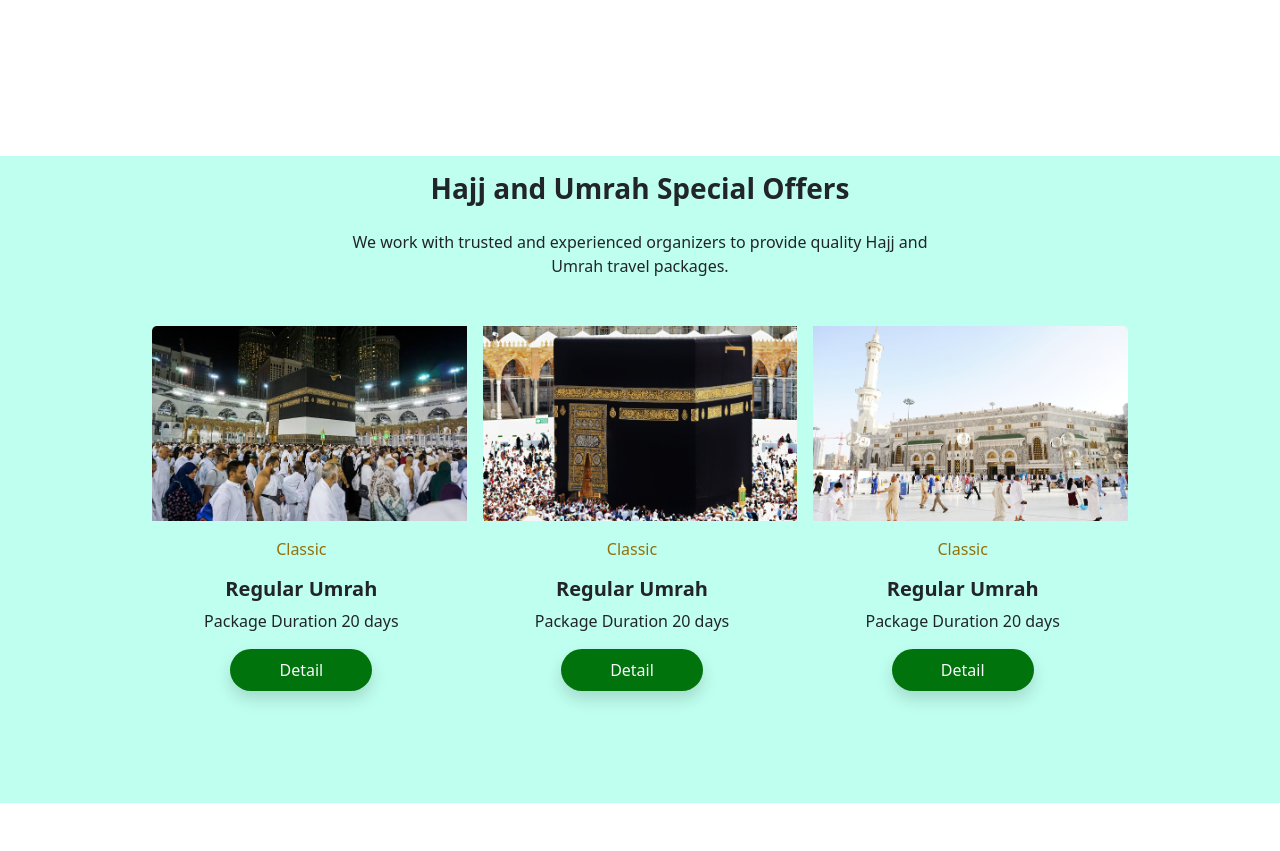
Repository: Putrabobi/Task7
Page: index.html
These files come from the project's save history. The page is drawn as it stood at one moment and after the next save; the edit follows.
The browser window is 1280 px wide. The pictures show the part of the page from y = 2053 to 2968 px (the page is 2904 px tall before and 2968 px after).
A picture or video elsewhere on the page could not be fetched, so the positions and the page height are approximate.

Above is the page before, as saved 2024-03-25 14:30:46.

After the next save:
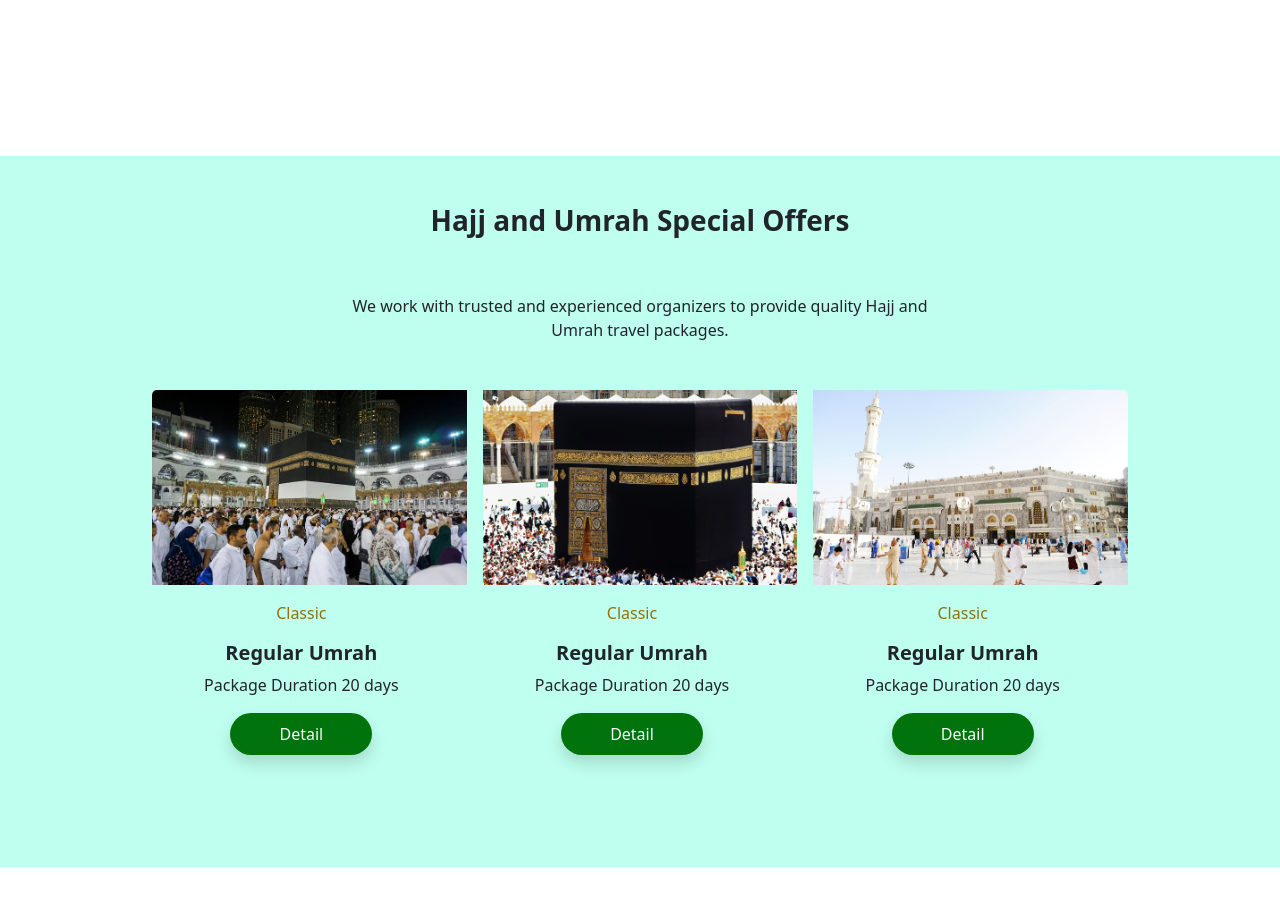
Saved 8 s later.
--- a/index.html
+++ b/index.html
@@ -115,7 +115,7 @@
 
     <div class="my-10" style="background-color: rgb(191, 255, 239); text-align: center;">
         <div style="margin: 20px auto 0; max-width: 600px;">
-            <h3 class="fw-bolder py-3">Hajj and Umrah Special Offers</h3>
+            <h3 class="fw-bolder py-5">Hajj and Umrah Special Offers</h3>
             <p>We work with trusted and experienced organizers to provide quality Hajj and Umrah travel packages.</p>
         </div>
 
